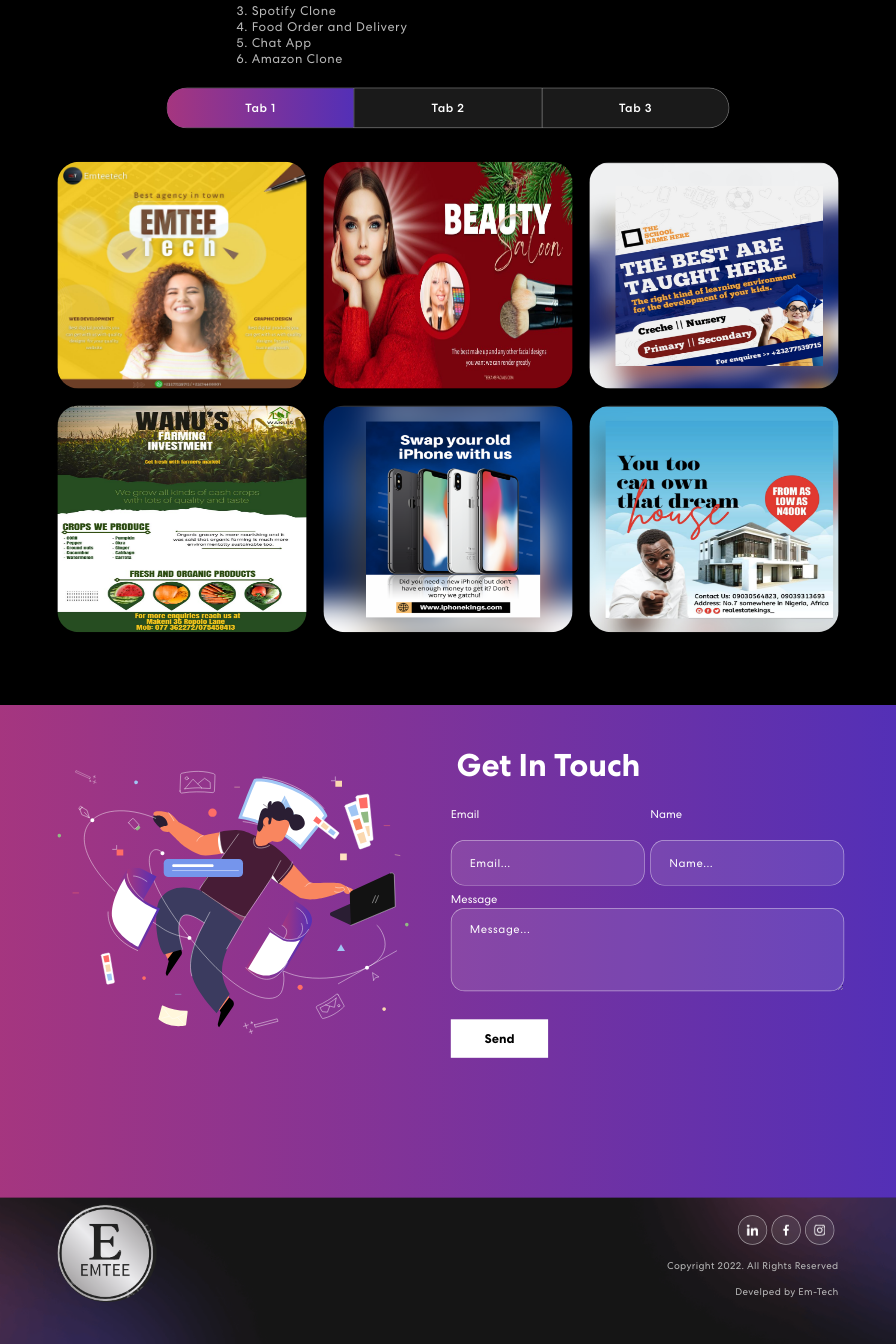
Repository: EmmanuelKeifala/emtee
Page: /
An editor plug-in stored every save of this project. The page is shown before and after the next save, followed by the edit.
The browser window is 1280 px wide. The pictures show the part of the page from y = 1883 to 3803 px (the page is 3803 px tall), at 70% of full size.
The project was rebuilt for these pictures with package versions that can differ from the ones it lists, and the page was loaded fresh each time. Some packages were replaced by stand-ins written for this rebuild.

Above is the page before, as saved 2022-09-30 18:37:20.

### public/index.html
<!DOCTYPE html>
<html lang="en">
  <head>
    <meta charset="utf-8" />
    <link rel="icon" href="%PUBLIC_URL%/favicon.ico" />
    <meta name="viewport" content="width=device-width, initial-scale=1" />
    <meta name="theme-color" content="#000000" />
    <meta name="description" content="Em-Tech" />
    <link rel="apple-touch-icon" href="%PUBLIC_URL%/logo192.png" />

    <link rel="manifest" href="%PUBLIC_URL%/manifest.json" />
    <title>Em-Tech</title>
  </head>
  <body>
    <div id="root"></div>
  </body>
</html>

### src/Components/Navbar.jsx
import React, { useState, useEffect } from "react";
import { Navbar, Container, Nav } from "react-bootstrap";
import logo from "../assets/img/screen.png";
import navIcon1 from "../assets/img/nav-icon1.svg";
import navIcon2 from "../assets/img/nav-icon2.svg";
import navIcon3 from "../assets/img/nav-icon3.svg";
import Twitter from "../assets/img/twit.png";

const NavBar = () => {
  const [activeLink, setActiveLink] = useState("home");
  const [scrolled, setScrolled] = useState(false);
  useEffect(() => {
    const onScroll = () => {
      if (window.scrollY > 50) {
        setScrolled(true);
      } else {
        setScrolled(false);
      }
    };
    window.addEventListener("scroll", onScroll);

    return () => window.removeEventListener("scroll", onScroll);
  }, []);
  const onUpdateActiveLink = (value) => {
    setActiveLink(value);
  };
  return (
    <Navbar expand="md" className={scrolled ? "scrolled" : ""}>
      <Container>
        <Navbar.Brand href="/">
          <img src={logo} alt="Logo" className="lo" />
        </Navbar.Brand>
        <Navbar.Toggle aria-controls="basic-navbar-nav">
          <span className="navbar-toggler-icon"></span>
        </Navbar.Toggle>
        <Navbar.Collapse id="basic-navbar-nav">
          <Nav className="ms-auto">
            <Nav.Link
              href="#home"
              className={
                activeLink === "home" ? "active navbar-link" : "navbar-link"
              }
              onClick={() => onUpdateActiveLink("home")}
            >
              Home
            </Nav.Link>
            <Nav.Link
              href="#skills"
              className={
                activeLink === "skills" ? "active navbar-link" : "navbar-link"
              }
              onClick={() => onUpdateActiveLink("skills")}
            >
              Skills
            </Nav.Link>
            <Nav.Link
              href="#project"
              className={
                activeLink === "project" ? "active navbar-link" : "navbar-link"
              }
              onClick={() => onUpdateActiveLink("project")}
            >
              Projects
            </Nav.Link>
          </Nav>
          <span className="navbar-text">
            <div className="social-icon">
              <a href="#">
                <img src={navIcon1} alt="linkedin" />
              </a>
              <a href="#">
                <img src={navIcon2} alt="facebook" />
              </a>
              <a href="#">
                <img src={navIcon3} alt="instagram" />
              </a>
              <a href="#">
                <img src={Twitter} alt="Twitter" className="twit" />
              </a>
            </div>
            <button className="vvd">
              <span>Let’s Connect</span>
            </button>
          </span>
        </Navbar.Collapse>
      </Container>
    </Navbar>
  );
};

export default NavBar;

### src/Components/Banner.jsx
import React from "react";
import { useState, useEffect } from "react";
import { Container, Row, Col } from "react-bootstrap";
import { ArrowRightCircle } from "react-bootstrap-icons";
import headerImg from "../assets/img/header-img.svg";
import "animate.css";
import TrackVisibility from "react-on-screen";
import GoogleAd from "./GoogleAd";
const Banner = () => {
  const [loopNum, setLoopNum] = useState(0);
  const [isDeleting, setIsDeleting] = useState(false);
  const [text, setText] = useState("");
  const [delta, setDelta] = useState(300 - Math.random() * 100);
  const [index, setIndex] = useState(1);
  const toRotate = ["Web Development", "Web Design", "UI/UX Design"];
  const period = 2000;

  useEffect(() => {
    let ticker = setInterval(() => {
      tick();
    }, delta);

    return () => {
      clearInterval(ticker);
    };
  }, [text]);

  const tick = () => {
    let i = loopNum % toRotate.length;
    let fullText = toRotate[i];
    let updatedText = isDeleting
      ? fullText.substring(0, text.length - 1)
      : fullText.substring(0, text.length + 1);

    setText(updatedText);

    if (isDeleting) {
      setDelta((prevDelta) => prevDelta / 2);
    }

    if (!isDeleting && updatedText === fullText) {
      setIsDeleting(true);
      setIndex((prevIndex) => prevIndex - 1);
      setDelta(period);
    } else if (isDeleting && updatedText === "") {
      setIsDeleting(false);
      setLoopNum(loopNum + 1);
      setIndex(1);
      setDelta(500);
    } else {
      setIndex((prevIndex) => prevIndex + 1);
    }
  };

  return (
    <section className="banner" id="home">
      <Container>
        <Row className="aligh-items-center">
          <Col xs={12} md={6} xl={7}>
            <TrackVisibility>
              {({ isVisible }) => (
                <div
                  className={
                    isVisible ? "animate__animated animate__fadeIn" : ""
                  }
                >
                  <span className="tagline">
                    Welcome to our Portfolio and Hiring Page
                  </span>
                  <h1>
                    {`Hi! We are Em-Tech we do`}{" "}
                    <span
                      className="txt-rotate"
                      dataPeriod="1000"
                      data-rotate='[ "Web Developement", "Web Design", "UI/UX Design" ]'
                    >
                      <span className="wrap">{text}</span>
                    </span>
                  </h1>
                  <p className="banner-p">
                    This is a digital agency that renders digital products and
                    ensure clients get the best services he/she deserves and our
                    priority is to make working with us feeling easy,
                    professional and great work We are passionate to see your
                    brand or business grow tremendously and to attract potential
                    clients that’d patronize your brand full time
                  </p>
                  <button onClick={() => console.log("connect")}>
                    Let’s Connect <ArrowRightCircle size={25} />
                  </button>
                </div>
              )}
            </TrackVisibility>
          </Col>
          <Col xs={12} md={6} xl={5}>
            <TrackVisibility>
              {({ isVisible }) => (
                <div
                  className={
                    isVisible ? "animate__animated animate__zoomIn" : ""
                  }
                >
                  <img src={headerImg} alt="Header Img" />
                </div>
              )}
            </TrackVisibility>
          </Col>
        </Row>
      </Container>
      <GoogleAd slot="9876543210" googleAdId="ca-pub-2934431448539258" />
    </section>
  );
};

export default Banner;

### src/Components/Skills.jsx
import React from "react";
import meter1 from "../assets/img/meter1.svg";
import meter2 from "../assets/img/meter2.svg";
import meter3 from "../assets/img/meter3.svg";
import Carousel from "react-multi-carousel";
import "react-multi-carousel/lib/styles.css";
import colorSharp from "../assets/img/color-sharp.png";
const Skills = () => {
  const responsive = {
    superLargeDesktop: {
      // the naming can be any, depends on you.
      breakpoint: { max: 4000, min: 3000 },
      items: 5,
    },
    desktop: {
      breakpoint: { max: 3000, min: 1024 },
      items: 3,
    },
    tablet: {
      breakpoint: { max: 1024, min: 464 },
      items: 2,
    },
    mobile: {
      breakpoint: { max: 464, min: 0 },
      items: 1,
    },
  };
  return (
    <section className="skill" id="skills">
      <div className="container">
        <div className="row">
          <div className="col-12">
            <div className="skill-bx wow zoomIn">
              <h2>Skills</h2>
              <p>
                Graphic design is a skill which helps people to grow your
                business and making one’s <br></br> imagination to mask out with
                quality designs and to visualize you thoughts or ideas<br></br>
                Also skills in react, next Js, Javascript and Html&CSS <br></br>
                To handle web design Giving smooth, fast and secured webpages
              </p>
              <Carousel
                responsive={responsive}
                infinite={true}
                className="owl-carousel owl-theme skill-slider"
              >
                <div className="item">
                  <img src={meter1} alt="Image" />
                  <h5>Graphic Design</h5>
                </div>
                <div className="item">
                  <img src={meter2} alt="Image" />
                  <h5>Brand Identity</h5>
                </div>
                <div className="item">
                  <img src={meter3} alt="Image" />
                  <h5>Logo Design</h5>
                </div>
                <div className="item">
                  <img src={meter1} alt="Image" />
                  <h5>Web Development</h5>
                </div>
              </Carousel>
            </div>
          </div>
        </div>
      </div>
      <img className="background-image-left" src={colorSharp} alt="Image" />
    </section>
  );
};

export default Skills;

### src/Components/Contact.jsx
import React from "react";
import { useState } from "react";
import { Container, Row, Col } from "react-bootstrap";
import contactImg from "../assets/img/contact-img.svg";
import "animate.css";
import { Form, Input, TextArea, Button } from "semantic-ui-react";
import TrackVisibility from "react-on-screen";
import Swal from "sweetalert2";
import emailjs from "emailjs-com";
const Contact = () => {
  const formInitialDetails = {
    firstName: "",
    lastName: "",
    email: "",
    phone: "",
    message: "",
  };

  const SERVICE_ID = "service_hdc70rt";
  const TEMPLATE_ID = "template_uccb61k";
  const USER_ID = "tjSBze7Rp8m252Qv_";

  const [formDetails, setFormDetails] = useState(formInitialDetails);
  const [buttonText, setButtonText] = useState("Send");
  const [status, setStatus] = useState({});

  const onFormUpdate = (category, value) => {
    setFormDetails({
      ...formDetails,
      [category]: value,
    });
  };

  const handleOnSubmit = (e) => {
    e.preventDefault();
    emailjs.sendForm(SERVICE_ID, TEMPLATE_ID, e.target, USER_ID).then(
      (result) => {
        console.log(result.text);
        Swal.fire({
          icon: "success",
          title: "Message Sent Successfully",
        });
      },
      (error) => {
        console.log(error.text);
        Swal.fire({
          icon: "error",
          title: "Ooops, something went wrong",
          text: error.text,
        });
      }
    );
    console.log(e.target);
    e.target.reset();
  };

  return (
    <section className="contact" id="connect">
      <Container>
        <Row className="align-items-center">
          <Col size={12} md={6}>
            <TrackVisibility>
              {({ isVisible }) => (
                <img
                  className={
                    isVisible ? "animate__animated animate__zoomIn" : ""
                  }
                  src={contactImg}
                  alt="Contact Us"
                />
              )}
            </TrackVisibility>
          </Col>
          <Col size={12} md={6}>
            <TrackVisibility>
              {({ isVisible }) => (
                <div
                  className={
                    isVisible ? "animate__animated animate__fadeIn" : ""
                  }
                >
                  <h2>Get In Touch</h2>
                  <form onSubmit={handleOnSubmit}>
                    <Row>
                      <Col size={12} sm={6} className="px-1">
                        <Form.Field
                          id="form-input-control-email"
                          control={Input}
                          label="Email"
                          name="user_email"
                          placeholder="Email…"
                          required
                          icon="mail"
                          iconPosition="left"
                        />
                      </Col>
                      <Col size={12} sm={6} className="px-1">
                        <Form.Field
                          id="form-input-control-last-name"
                          control={Input}
                          label="Name"
                          name="user_name"
                          placeholder="Name…"
                          required
                          icon="user circle"
                          iconPosition="left"
                        />
                      </Col>
                      <Col size={12} className="px-1">
                        <Form.Field
                          id="form-textarea-control-opinion"
                          control={TextArea}
                          label="Message"
                          name="user_message"
                          placeholder="Message..."
                          required
                        />
                        <button type="submit">
                          <span>{buttonText}</span>
                        </button>
                      </Col>
                      {status.message && (
                        <Col>
                          <p
                            className={
                              status.success === false ? "danger" : "success"
                            }
                          >
                            {status.message}
                          </p>
                        </Col>
                      )}
                    </Row>
                  </form>
                </div>
              )}
            </TrackVisibility>
          </Col>
        </Row>
      </Container>
    </section>
  );
};

export default Contact;

### src/Components/Footer.jsx
import React from "react";
import { Container, Row, Col } from "react-bootstrap";
import logo from "../assets/img/screen.png";
import navIcon1 from "../assets/img/nav-icon1.svg";
import navIcon2 from "../assets/img/nav-icon2.svg";
import navIcon3 from "../assets/img/nav-icon3.svg";

const Footer = () => {
  return (
    <footer className="footer">
      <Container>
        <Row className="align-items-center">
          <Col size={12} sm={6}>
            <img src={logo} alt="Logo" className="lo" />
          </Col>
          <Col size={12} sm={6} className="text-center text-sm-end">
            <div className="social-icon">
              <a href="#" className="icon">
                <img src={navIcon1} alt="Icon" className="icon-1" />
              </a>
              <a href="#" className="icon">
                <img src={navIcon2} alt="Icon" className="icon-1" />
              </a>
              <a href="#" className="icon">
                <img src={navIcon3} alt="Icon" className="icon-1" />
              </a>
            </div>
            <p>Copyright 2022. All Rights Reserved</p>
            <p>Develped by Em-Tech</p>
          </Col>
        </Row>
      </Container>
    </footer>
  );
};

export default Footer;

### src/Components/GoogleAd.jsx
import React, { Component } from "react";
import PropTypes from "prop-types";

class GoogleAd extends Component {
  googleInit = null;

  componentDidMount() {
    const { timeout } = this.props;
    this.googleInit = setTimeout(() => {
      if (typeof window !== "undefined")
        (window.adsbygoogle = window.adsbygoogle || []).push({});
    }, timeout);
  }

  componentWillUnmount() {
    if (this.googleInit) clearTimeout(this.googleInit);
  }

  render() {
    const { classNames, slot, googleAdId, style, format } = this.props;
    return (
      <div className={classNames}>
        <ins
          className="adsbygoogle"
          style={style || { display: "block", textAlign: "center" }}
          data-ad-client={googleAdId}
          data-ad-slot={slot}
          data-ad-format={format || "auto"}
          data-full-width-responsive="true"
        ></ins>
      </div>
    );
  }
}
GoogleAd.propTypes = {
  classNames: PropTypes.string,
  slot: PropTypes.string,
  timeout: PropTypes.number,
  googleAdId: PropTypes.string,
};
GoogleAd.defaultProps = {
  classNames: "",
  timeout: 200,
};
export default GoogleAd;

### src/Components/ProjectCard.jsx
import { Col } from "react-bootstrap";

export const ProjectCard = ({ title, description, imgUrl, link }) => {
  return (
    <Col size={12} sm={6} md={4}>
      <div className="proj-imgbx">
        <img src={imgUrl} className="prop-image" />
        <div className="proj-txtx">
          <h4>{title}</h4>
          <span>{description}</span>
          {link && (
            <p>
              <a target="_blank" href={link}>
                <span className="spanner">Demo</span>
              </a>
            </p>
          )}
        </div>
      </div>
    </Col>
  );
};

Loaded but not shown: src/index.css (common file); src/reportWebVitals.js (common file); src/App.js (23 lines, source omitted); src/index.js (16 lines, source omitted); src/App.css (755 lines, source omitted); src/Components/Projects.jsx (182 lines, source omitted)

After the next save:
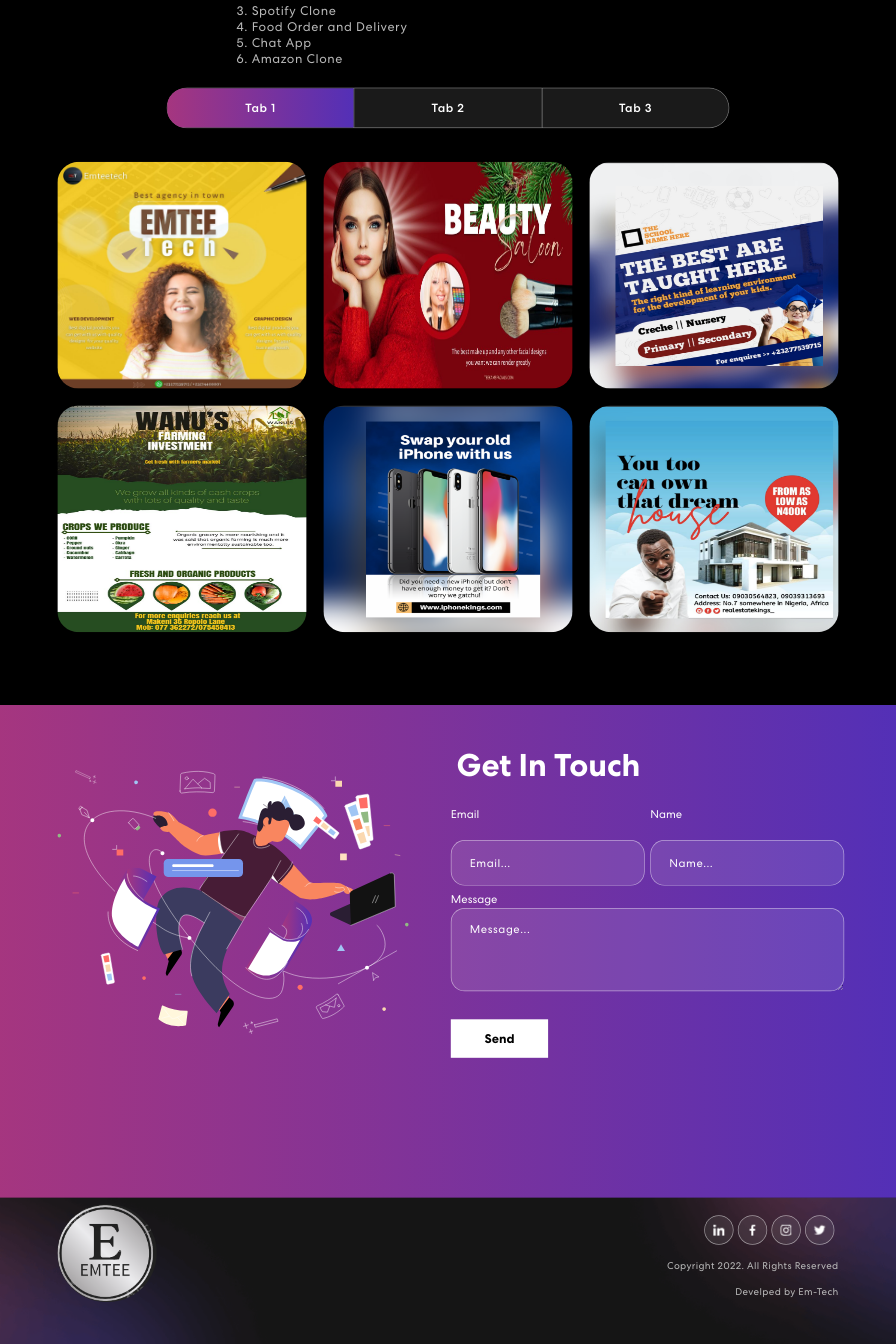
Saved 50 s later.
--- a/src/Components/Footer.jsx
+++ b/src/Components/Footer.jsx
@@ -4,6 +4,7 @@ import logo from "../assets/img/screen.png";
 import navIcon1 from "../assets/img/nav-icon1.svg";
 import navIcon2 from "../assets/img/nav-icon2.svg";
 import navIcon3 from "../assets/img/nav-icon3.svg";
+import Twitter from "../assets/img/twit.png";
 
 const Footer = () => {
   return (
@@ -24,6 +25,9 @@ const Footer = () => {
               <a href="#" className="icon">
                 <img src={navIcon3} alt="Icon" className="icon-1" />
               </a>
+              <a href="#" className="icon">
+                <img src={Twitter} alt="Icon" className="icon-1" />
+              </a>
             </div>
             <p>Copyright 2022. All Rights Reserved</p>
             <p>Develped by Em-Tech</p>
